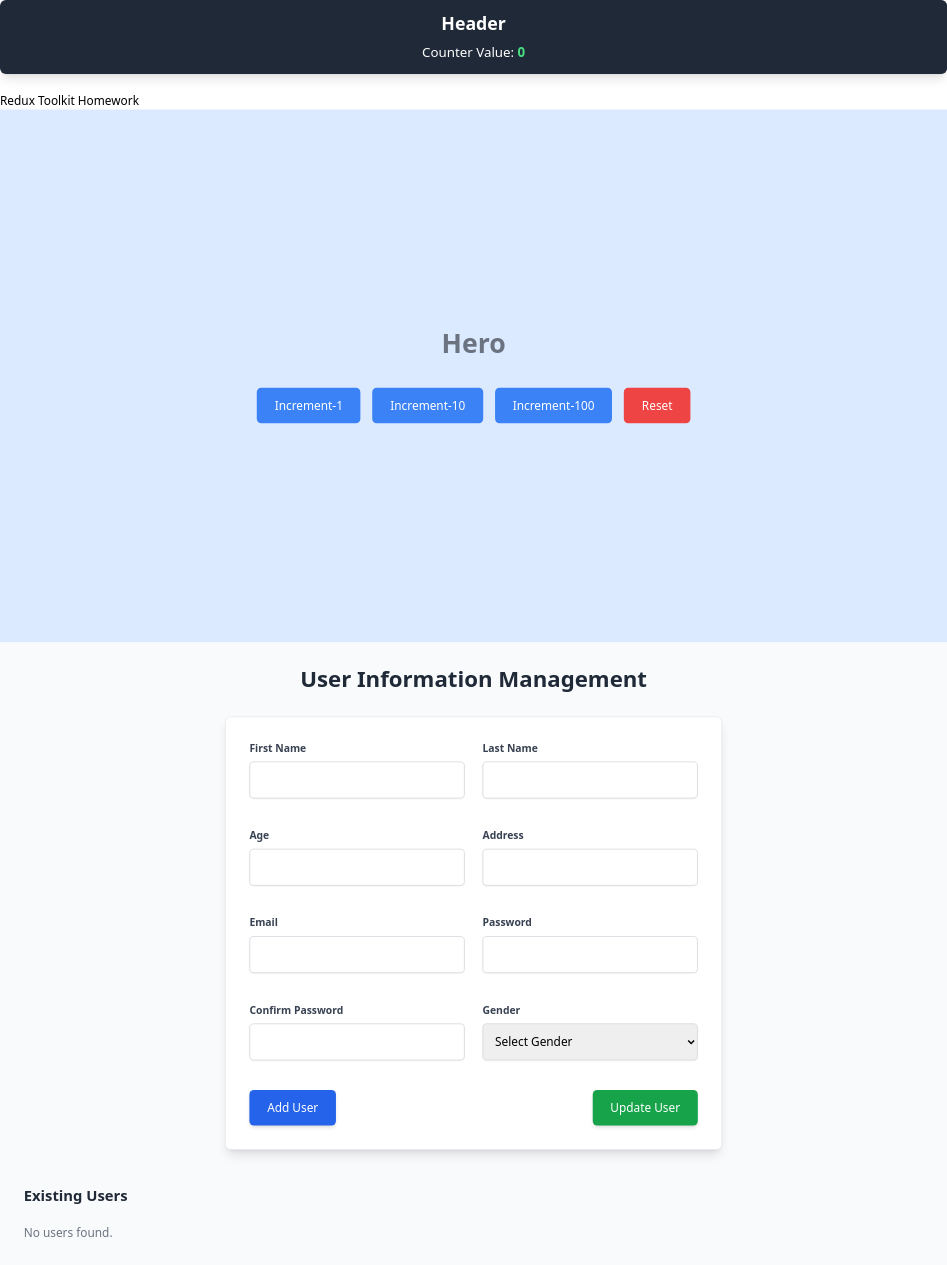
Repository: SitoraRashidova/userCrudFront
Page: /
An editor plug-in stored every save of this project. The page is shown before and after the next save, followed by the edit.
The browser window is 1280 px wide. The pictures show the whole page, at 74% of full size.
The project was rebuilt for these pictures with package versions that can differ from the ones it lists, and the page was loaded fresh each time. Also part of the build but not shown: vite.config.js.

Above is the page before, as saved 2024-12-10 00:35:01.

### src/main.jsx
import { StrictMode } from "react";
import { createRoot } from "react-dom/client";
import "./index.css";
import App from "./App.jsx";
// redux toolkid codes here
import { Provider } from "react-redux";
import store from "./redux/index.js";

createRoot(document.getElementById("root")).render(
  <StrictMode>
    <Provider store={store}>
      <App />
    </Provider>
  </StrictMode>
);

### src/App.jsx
import React from "react";
import { Header } from "./components/Header";
import Hero from "./components/Hero";
import User from "./components/User";

function App() {
  return (
    <>
      <Header />
      <h2>Redux Toolkit Homework</h2>
      <Hero />
      <User />
    </>
  );
}

export default App;

### src/redux/index.js
import { configureStore } from "@reduxjs/toolkit";
import counterSlice from "./slices/counter-slice";
import wishlist from "./slices/wishlist-slice";
import user from "./slices/user-slice";
const store = configureStore({
  reducer: {
    counter: counterSlice,
    wishlist,
    user,
  },
});
export default store;

### src/components/Header.jsx
import React from "react";
import { useSelector } from "react-redux";

export const Header = () => {
  const counter = useSelector((state) => state.counter.value);
  console.log(counter);

  return (
    <div className="bg-gray-800 text-white p-4 shadow-lg rounded-lg mb-6">
      <h2 className="text-2xl font-semibold text-center">Header</h2>
      <p className="text-center text-lg mt-2">
        Counter Value:{" "}
        <span className="font-bold text-green-400">{counter}</span>
      </p>
    </div>
  );
};

### src/components/Hero.jsx
import React from "react";
import { useDispatch } from "react-redux";
import { inc, reset } from "../redux/slices/counter-slice";

const Hero = () => {
  const dispatch = useDispatch();

  return (
    <div className="flex flex-col items-center justify-center min-h-screen bg-blue-100 p-6">
      <h2 className="text-4xl font-bold text-gray-500 mb-6">Hero</h2>

      <div className="space-x-4">
        <button
          onClick={() => dispatch(inc(1))}
          className="bg-blue-500 text-white px-6 py-3 rounded-md hover:bg-blue-600 transition duration-300"
        >
          Increment-1
        </button>
        <button
          onClick={() => dispatch(inc(10))}
          className="bg-blue-500 text-white px-6 py-3 rounded-md hover:bg-blue-600 transition duration-300"
        >
          Increment-10
        </button>
        <button
          onClick={() => dispatch(inc(100))}
          className="bg-blue-500 text-white px-6 py-3 rounded-md hover:bg-blue-600 transition duration-300"
        >
          Increment-100
        </button>
        <button
          onClick={() => dispatch(reset())}
          className="bg-red-500 text-white px-6 py-3 rounded-md hover:bg-red-600 transition duration-300 mt-4"
        >
          Reset
        </button>
      </div>
    </div>
  );
};

export default Hero;

### src/components/User.jsx
import React from "react";
import { useDispatch, useSelector } from "react-redux";
import {
  setUserInfo,
  addUser,
  updateUser,
  deleteUser,
} from "../redux/slices/user-slice";

const User = () => {
  const dispatch = useDispatch();
  const userInfo = useSelector((state) => state.user.userInfo);
  const users = useSelector((state) => state.user.users);

  const handleChange = (e) => {
    const { name, value } = e.target;
    dispatch(setUserInfo({ ...userInfo, [name]: value }));
  };

  const handleAddUser = () => {
    if (userInfo.password !== userInfo.confirmPassword) {
      alert("Passwords do not match!");
      return;
    }
    dispatch(addUser());
  };

  const handleUpdateUser = () => {
    if (userInfo.password !== userInfo.confirmPassword) {
      alert("Passwords do not match!");
      return;
    }
    dispatch(updateUser(userInfo));
  };

  const handleDeleteUser = (email) => {
    dispatch(deleteUser(email));
  };

  return (
    <div className="container mx-auto p-8 bg-gray-50 min-h-screen">
      <h1 className="text-3xl font-extrabold text-center text-gray-800 mb-8">
        User Information Management
      </h1>

      {/* Form Section */}
      <div className="w-full max-w-2xl mx-auto bg-white p-8 shadow-lg rounded-lg border border-gray-200">
        <form>
          <div className="grid grid-cols-1 md:grid-cols-2 gap-6">
            <div className="mb-4">
              <label className="block text-sm font-semibold text-gray-700">
                First Name
              </label>
              <input
                type="text"
                name="firstName"
                value={userInfo.firstName}
                onChange={handleChange}
                className="w-full mt-2 p-3 border border-gray-300 rounded-md shadow-sm focus:outline-none focus:ring-2 focus:ring-blue-500"
              />
            </div>

            <div className="mb-4">
              <label className="block text-sm font-semibold text-gray-700">
                Last Name
              </label>
              <input
                type="text"
                name="lastName"
                value={userInfo.lastName}
                onChange={handleChange}
                className="w-full mt-2 p-3 border border-gray-300 rounded-md shadow-sm focus:outline-none focus:ring-2 focus:ring-blue-500"
              />
            </div>

            <div className="mb-4">
              <label className="block text-sm font-semibold text-gray-700">
                Age
              </label>
              <input
                type="number"
                name="age"
                value={userInfo.age}
                onChange={handleChange}
                className="w-full mt-2 p-3 border border-gray-300 rounded-md shadow-sm focus:outline-none focus:ring-2 focus:ring-blue-500"
              />
            </div>

            <div className="mb-4">
              <label className="block text-sm font-semibold text-gray-700">
                Address
              </label>
              <input
                type="text"
                name="address"
                value={userInfo.address}
                onChange={handleChange}
                className="w-full mt-2 p-3 border border-gray-300 rounded-md shadow-sm focus:outline-none focus:ring-2 focus:ring-blue-500"
              />
            </div>

            <div className="mb-4">
              <label className="block text-sm font-semibold text-gray-700">
                Email
              </label>
              <input
                type="email"
                name="email"
                value={userInfo.email}
                onChange={handleChange}
                className="w-full mt-2 p-3 border border-gray-300 rounded-md shadow-sm focus:outline-none focus:ring-2 focus:ring-blue-500"
              />
            </div>

            <div className="mb-4">
              <label className="block text-sm font-semibold text-gray-700">
                Password
              </label>
              <input
                type="password"
                name="password"
                value={userInfo.password}
                onChange={handleChange}
                className="w-full mt-2 p-3 border border-gray-300 rounded-md shadow-sm focus:outline-none focus:ring-2 focus:ring-blue-500"
              />
            </div>

            <div className="mb-4">
              <label className="block text-sm font-semibold text-gray-700">
                Confirm Password
              </label>
              <input
                type="password"
                name="confirmPassword"
                value={userInfo.confirmPassword}
                onChange={handleChange}
                className="w-full mt-2 p-3 border border-gray-300 rounded-md shadow-sm focus:outline-none focus:ring-2 focus:ring-blue-500"
              />
            </div>

            <div className="mb-4">
              <label className="block text-sm font-semibold text-gray-700">
                Gender
              </label>
              <select
                name="gender"
                value={userInfo.gender}
                onChange={handleChange}
                className="w-full mt-2 p-3 border border-gray-300 rounded-md shadow-sm focus:outline-none focus:ring-2 focus:ring-blue-500"
              >
                <option value="">Select Gender</option>
                <option value="male">Male</option>
                <option value="female">Female</option>
                <option value="other">Other</option>
              </select>
            </div>
          </div>

          <div className="flex justify-between space-x-4 mt-6">
            <button
              type="button"
              onClick={handleAddUser}
              className="bg-blue-600 text-white px-6 py-3 rounded-md shadow-md hover:bg-blue-700 focus:outline-none focus:ring-2 focus:ring-blue-500"
            >
              Add User
            </button>
            <button
              type="button"
              onClick={handleUpdateUser}
              className="bg-green-600 text-white px-6 py-3 rounded-md shadow-md hover:bg-green-700 focus:outline-none focus:ring-2 focus:ring-green-500"
            >
              Update User
            </button>
          </div>
        </form>
      </div>

      {/* Existing Users Section */}
      <h2 className="text-xl font-semibold text-gray-800 mt-12">
        Existing Users
      </h2>
      <div className="mt-6">
        {users.length > 0 ? (
          <ul className="space-y-6">
            {users.map((user, index) => (
              <li
                key={index}
                className="flex items-center justify-between p-6 bg-white shadow-md rounded-lg hover:bg-gray-50 transition duration-200"
              >
                <div>
                  <h3 className="font-semibold text-gray-800">
                    {user.firstName} {user.lastName}
                  </h3>
                  <p className="text-sm text-gray-600">{user.email}</p>
                </div>
                <button
                  onClick={() => handleDeleteUser(user.email)}
                  className="bg-red-600 text-white px-4 py-2 rounded-md shadow-md hover:bg-red-700 focus:outline-none focus:ring-2 focus:ring-red-500"
                >
                  Delete
                </button>
              </li>
            ))}
          </ul>
        ) : (
          <p className="text-gray-500">No users found.</p>
        )}
      </div>
    </div>
  );
};

export default User;

### src/redux/slices/counter-slice.js
import { createSlice } from "@reduxjs/toolkit";
const counterSlice = createSlice({
  name: "counter",
  initialState: {
    value: 0,
  },
  reducers: {
    inc(state, action) {
      state.value += action.payload ? action.payload : 1 ;
    },
    dec(state) {
      state.value -= 1;
    },
    reset(state) {
      state.value = 0;
    },
  },
});
export const { inc, dec, reset } = counterSlice.actions; //setState
export default counterSlice.reducer; //state

### src/redux/slices/wishlist-slice.js
import { createSlice } from "@reduxjs/toolkit";

const wishlistSlice = createSlice({
  name: "wishlist",
  initialState: {
    value: [],
  },
  reducers: {
    addWishlist(state, action) {
      const index = state.value.findIndex(({ id }) => id === action.payload.id);
      if (index < 0) {
        state.value.push(action.payload);
      } else {
        state.value.filter(({ id }) => id !== action.payload.id);
      }
    },
  },
});
export const { addWishlist } = wishlistSlice.actions; //setState
export default wishlistSlice.reducer; //state

### src/redux/slices/user-slice.js
import { createSlice } from "@reduxjs/toolkit";

const initialState = {
  userInfo: {
    firstName: "",
    lastName: "",
    age: "",
    address: "",
    email: "",
    password: "",
    confirmPassword: "",
    gender: "",
  },
  users: [],
};

const userSlice = createSlice({
  name: "user",
  initialState,
  reducers: {
    setUserInfo: (state, action) => {
      state.userInfo = action.payload;
    },
    addUser: (state) => {
      state.users.push(state.userInfo);
      state.userInfo = initialState.userInfo;
    },
    updateUser: (state, action) => {
      const index = state.users.findIndex(
        (user) => user.email === action.payload.email
      );
      if (index !== -1) {
        state.users[index] = action.payload;
      }
    },
    deleteUser: (state, action) => {
      state.users = state.users.filter((user) => user.email !== action.payload);
    },
  },
});

export const { setUserInfo, addUser, updateUser, deleteUser } =
  userSlice.actions;

export default userSlice.reducer;

Loaded but not shown: index.html (common file); src/index.css (common file); tailwind.config.js (common file)

After the next save:
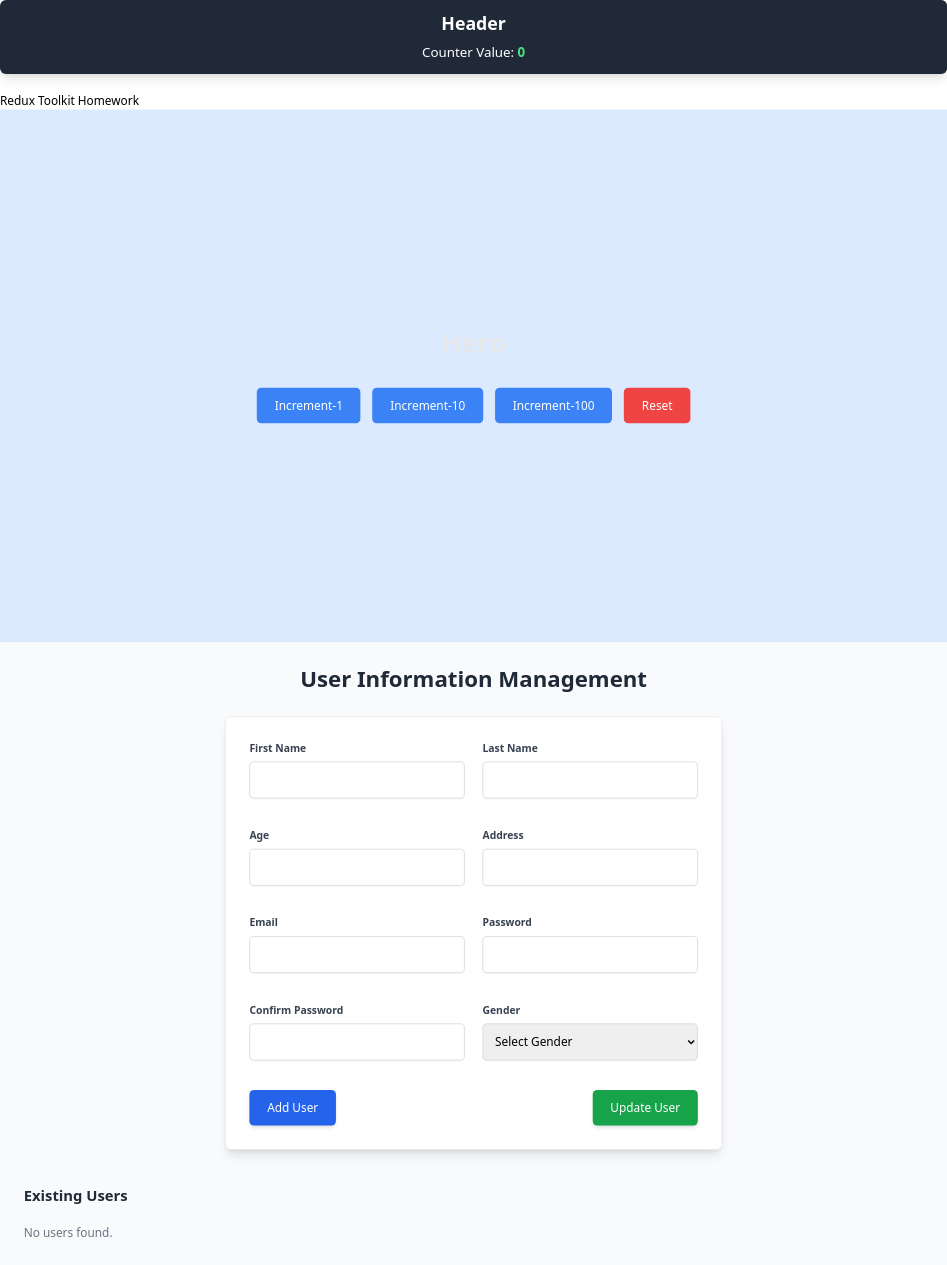
Saved 5 s later.
--- a/src/components/Hero.jsx
+++ b/src/components/Hero.jsx
@@ -7,7 +7,7 @@
 
   return (
     <div className="flex flex-col items-center justify-center min-h-screen bg-blue-100 p-6">
-      <h2 className="text-4xl font-bold text-gray-500 mb-6">Hero</h2>
+      <h2 className="text-4xl font-bold text-gray-200 mb-6">Hero</h2>
 
       <div className="space-x-4">
         <button
